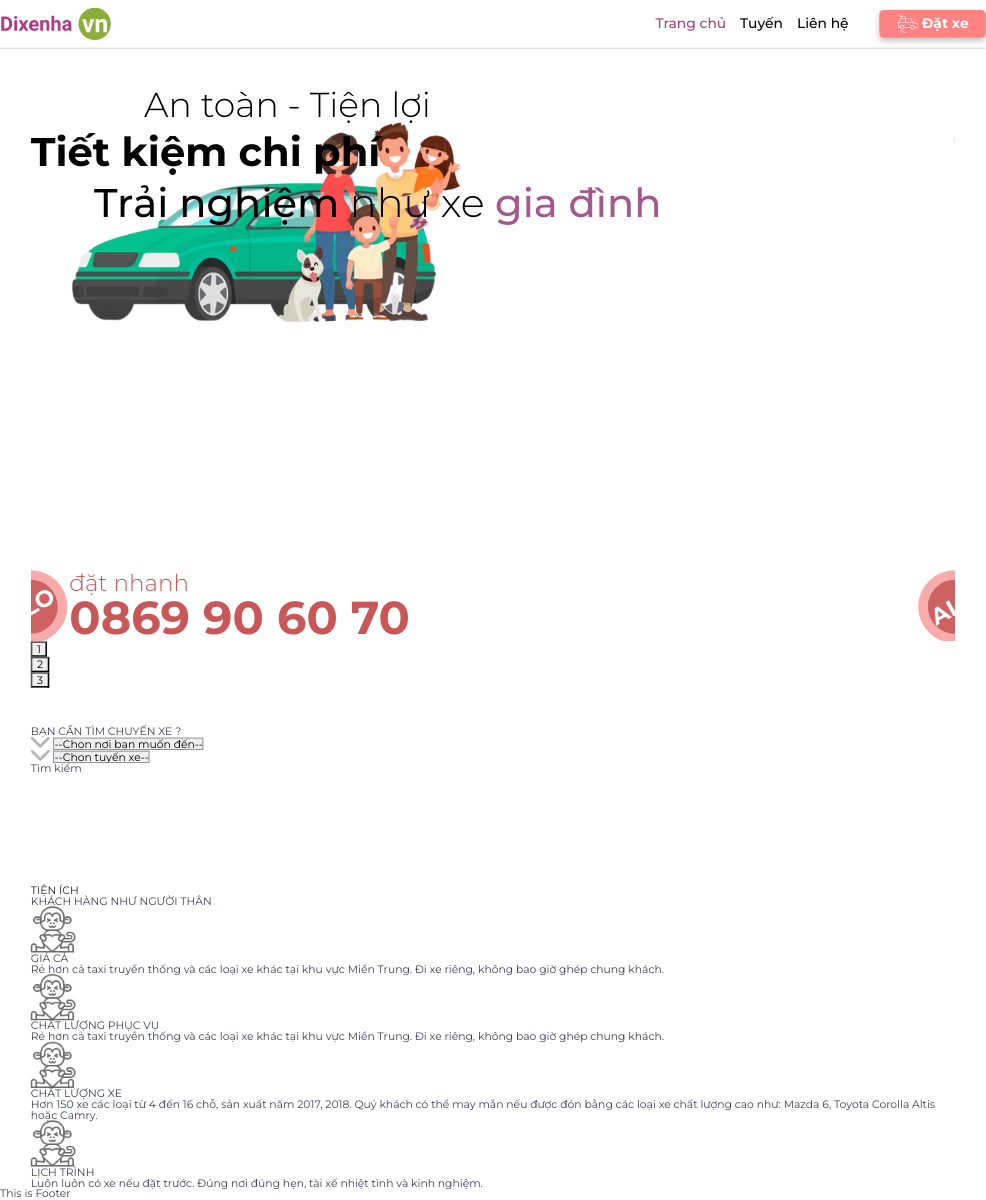
Repository: thanhthien0706/last_project--fe004
Page: lastProductF004/dist/index.html
An editor plug-in stored every save of this project. The page is shown before and after the next save, followed by the edit.
The browser window is 1280 px wide. The pictures show the whole page, at 77% of full size.
Some web libraries are served in a nearby version. The style sheet was rebuilt from its Sass, Less or Tailwind sources for each picture, by a compiler version that may differ from the author's.

Above is the page before, as saved 2021-09-16 20:04:36.

After the next save:
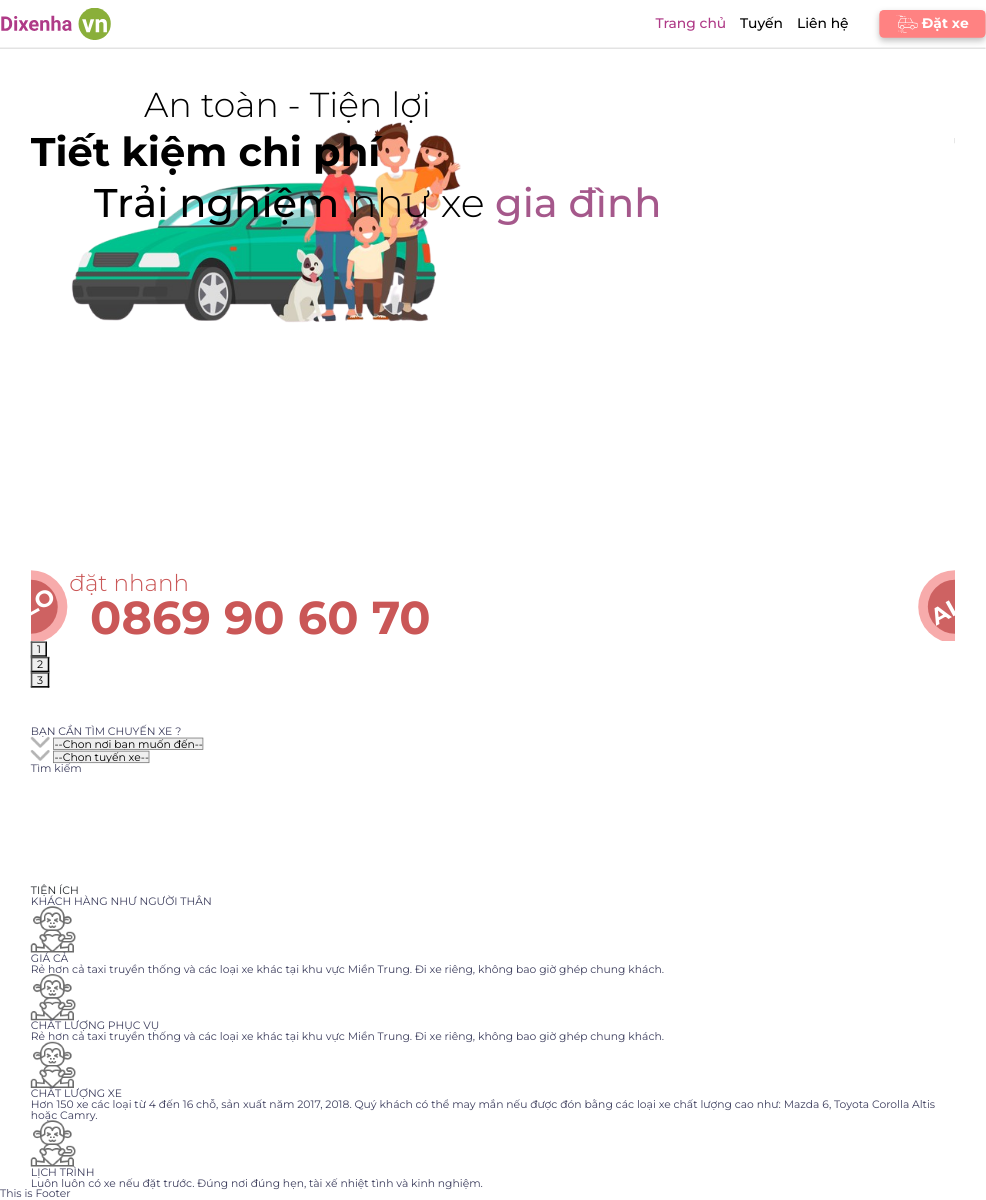
Saved 3 min 37 s later.
--- a/lastProductF004/src/styles/pages/_homepage.scss
+++ b/lastProductF004/src/styles/pages/_homepage.scss
@@ -100,6 +100,7 @@ html {
                     .sdt{
                         @include font_size(60);
                         font-weight: bold;
+                        margin-left: 27px;
                     }
                 }
             }
